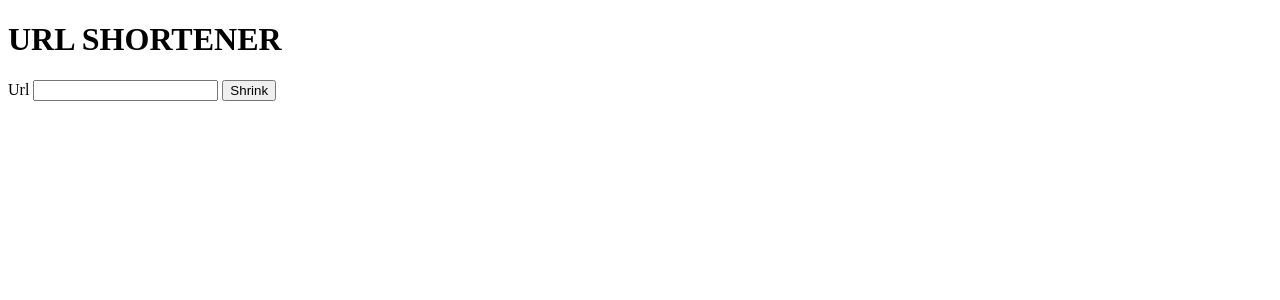
Repository: HarshM0di/URL-SHORTENER
Page: http://localhost/
These files come from the project's save history. The page is drawn as it stood at one moment and after the next save; the edit follows.
The browser window is 1280 px wide. The pictures show the whole page.
The page is served by the project's Node server (server.js).

Above is the page before, as saved 2022-09-18 10:17:39.

### views/index.ejs
<!DOCTYPE html>
<html lang="en">
<head>
    <meta charset="UTF-8">
    <meta http-equiv="X-UA-Compatible" content="IE=edge">
    <meta name="viewport" content="width=device-width, initial-scale=1.0">
    <title>Document</title>
</head>
<body>
    <h1> URL SHORTENER </h1>
    <form action "" method = "POST">
        <label for="fulUrl">Url</label>
        <input type="url" name= "fullUrl" id="fullUrl" >
        <button type="submit">Shrink</button>
    </form>

</body>
</html>

### server.js
const express = require('express')
const app = express()

app.set('view engine', 'ejs')

app.get('/', (req, res) =>{
    res.render('index')
})

app.listen(process.env.PORT || 5000);

After the next save:
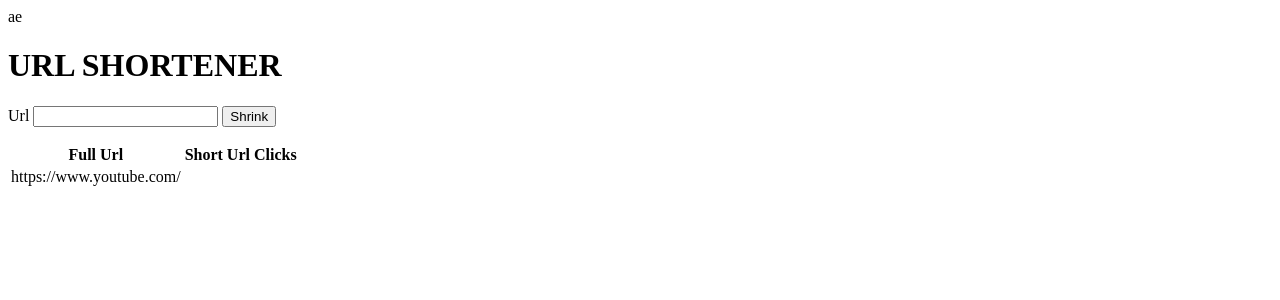
Saved 5 min 23 s later.
--- a/views/index.ejs
+++ b/views/index.ejs
@@ -1,4 +1,4 @@
-<!DOCTYPE html>
+ae<!DOCTYPE html>
 <html lang="en">
 <head>
     <meta charset="UTF-8">
@@ -14,5 +14,21 @@
         <button type="submit">Shrink</button>
     </form>
 
+    <table>
+        <thead>
+            <tr>
+                <th>Full Url</th>
+                <th>Short Url</th>
+                <th>Clicks</th>
+
+            </tr>
+        </thead>
+        <body>
+            <tr>
+               <td><a href="https://www.youtube.com/"></a>https://www.youtube.com/</td>
+            </tr>
+        </body>
+    </table>
+
 </body>
 </html>
